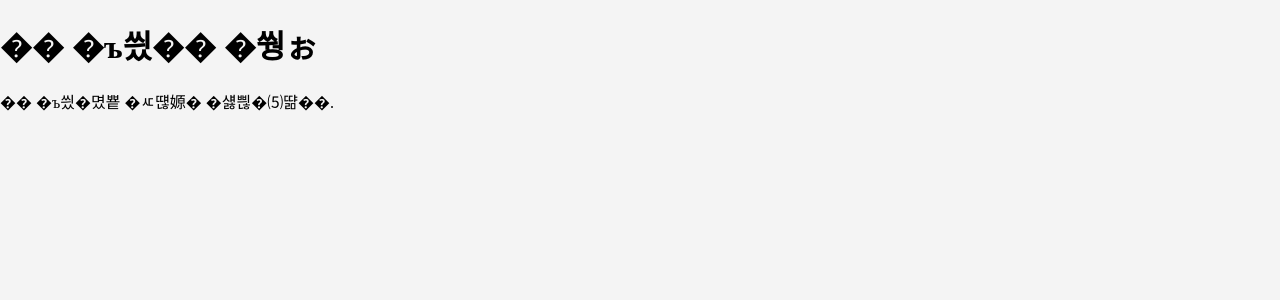
Repository: Yim-HaEun/springBoot
Page: springStart-1/src/main/resources/static/Index.html
These files come from the project's save history. The page is drawn as it stood at one moment and after the next save; the edit follows.
The browser window is 1280 px wide. The pictures show the whole page.

Above is the page before, as saved 2023-11-21 05:25:33.

### springStart-1/src/main/resources/static/Index.html
<!DOCTYPE html>
<html>
	<head>
		<meta charset="EUC-KR">
		<title>머릿말</title>
	</head>
	<body>
		<style>
			body{
				margin:0;
				padding:0;
				background-color: #f4f4f4;
			}

		</style>
		<h1>웹 사이트 제목</h1>
		<p>웹 사이트에 오신걸 환영합니다.</p>
	</body>
</html>

After the next save:
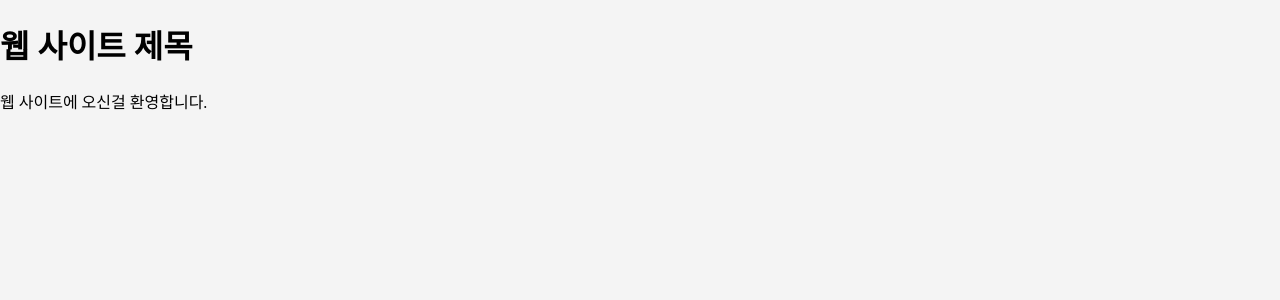
Saved 20 s later.
--- a/springStart-1/src/main/resources/static/Index.html
+++ b/springStart-1/src/main/resources/static/Index.html
@@ -1,7 +1,7 @@
 <!DOCTYPE html>
 <html>
 	<head>
-		<meta charset="EUC-KR">
+		<meta charset="UTF-8">
 		<title>머릿말</title>
 	</head>
 	<body>
